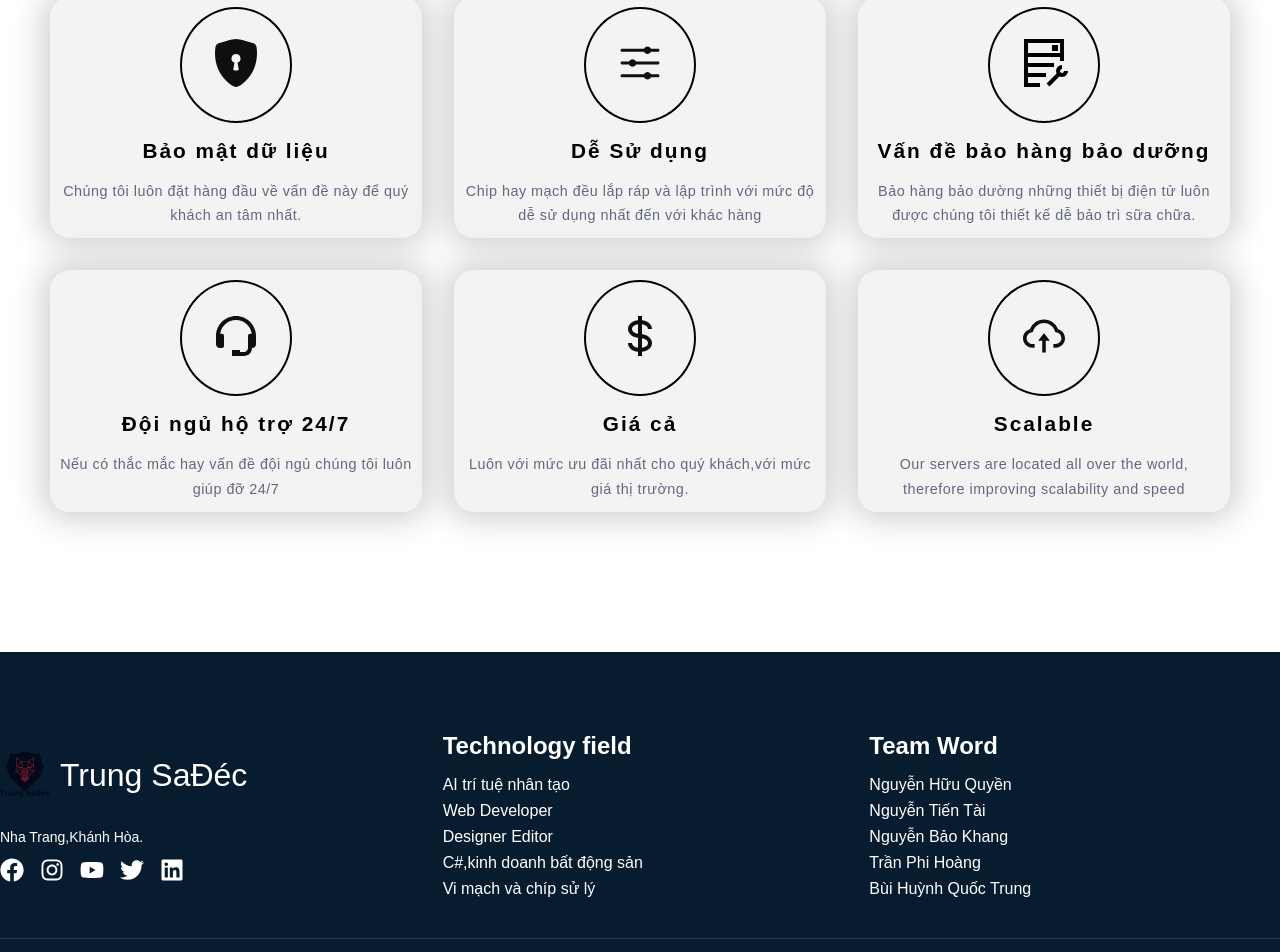
Repository: fdhhhdjd/Profile-Gift-B_H_Q_Trung
Page: /
These files come from the project's save history. The page is drawn as it stood at one moment and after the next save; the edit follows.
The browser window is 1280 px wide. The pictures show the part of the page from y = 1000 to 1952 px (the page is 2018 px tall).
The project was rebuilt for these pictures with package versions that can differ from the ones it lists, and the page was loaded fresh each time. Also part of the build but not shown: src/App.css, src/Styles/PricingStyles.js, src/Data/PricingData.js, src/Pages/PricingPage.js. Imported but missing from the stored project, and not drawn on this page: src/Pages/SignUpPage.

Above is the page before, as saved 2021-10-29 09:10:32.

After the next save:
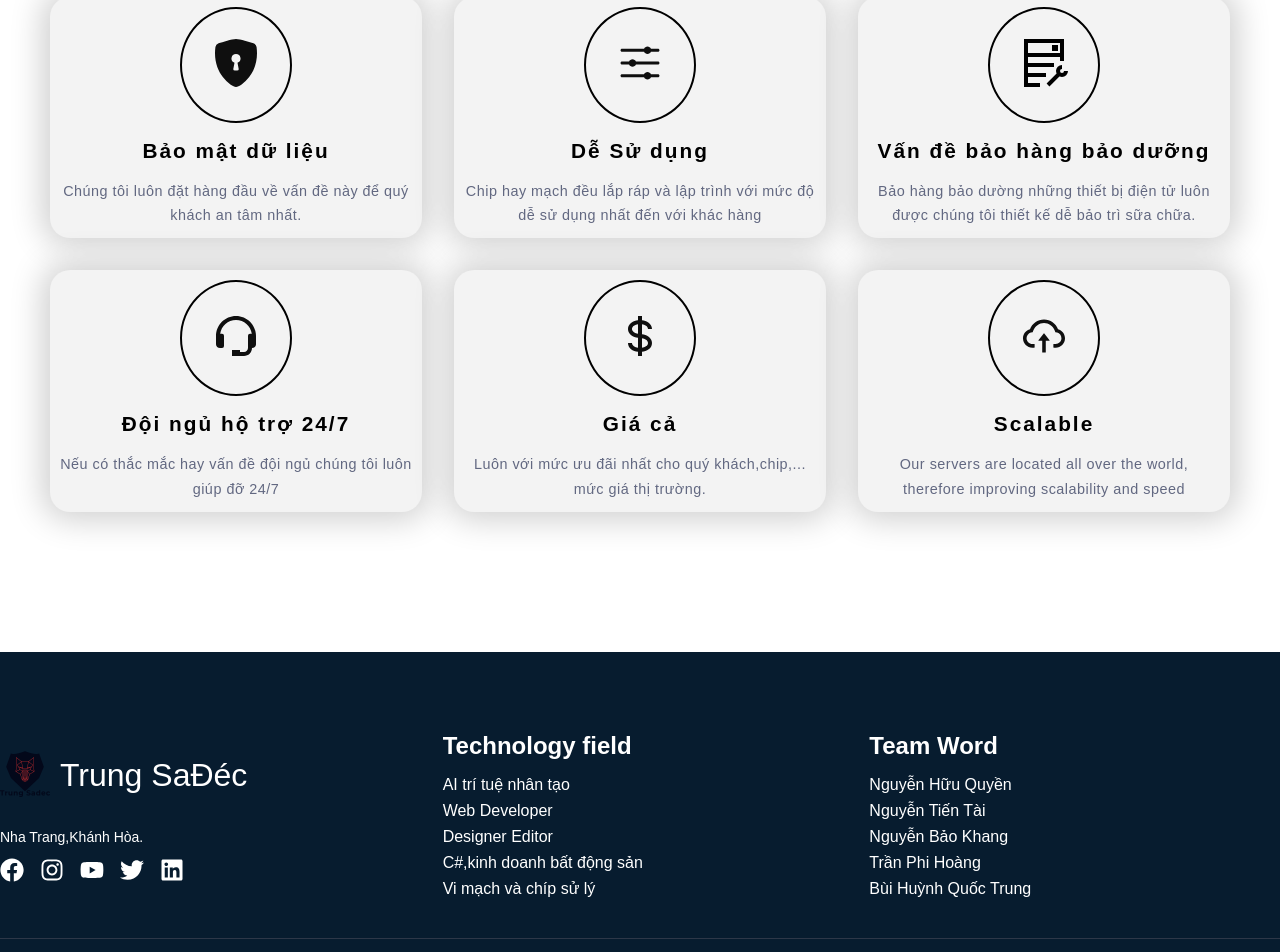
Saved 50 s later.
--- a/src/Data/FeaturesData.js
+++ b/src/Data/FeaturesData.js
@@ -39,7 +39,7 @@ export const featuresData = [
   {
     name: "Giá cả",
     description:
-      "Luôn với mức ưu đãi nhất cho quý khách,với mức giá thị trường.",
+      "Luôn với mức ưu đãi nhất cho quý khách,chip,... mức giá thị trường.",
     icon: iconStyle(BiDollar),
     imgClass: "five",
   },
